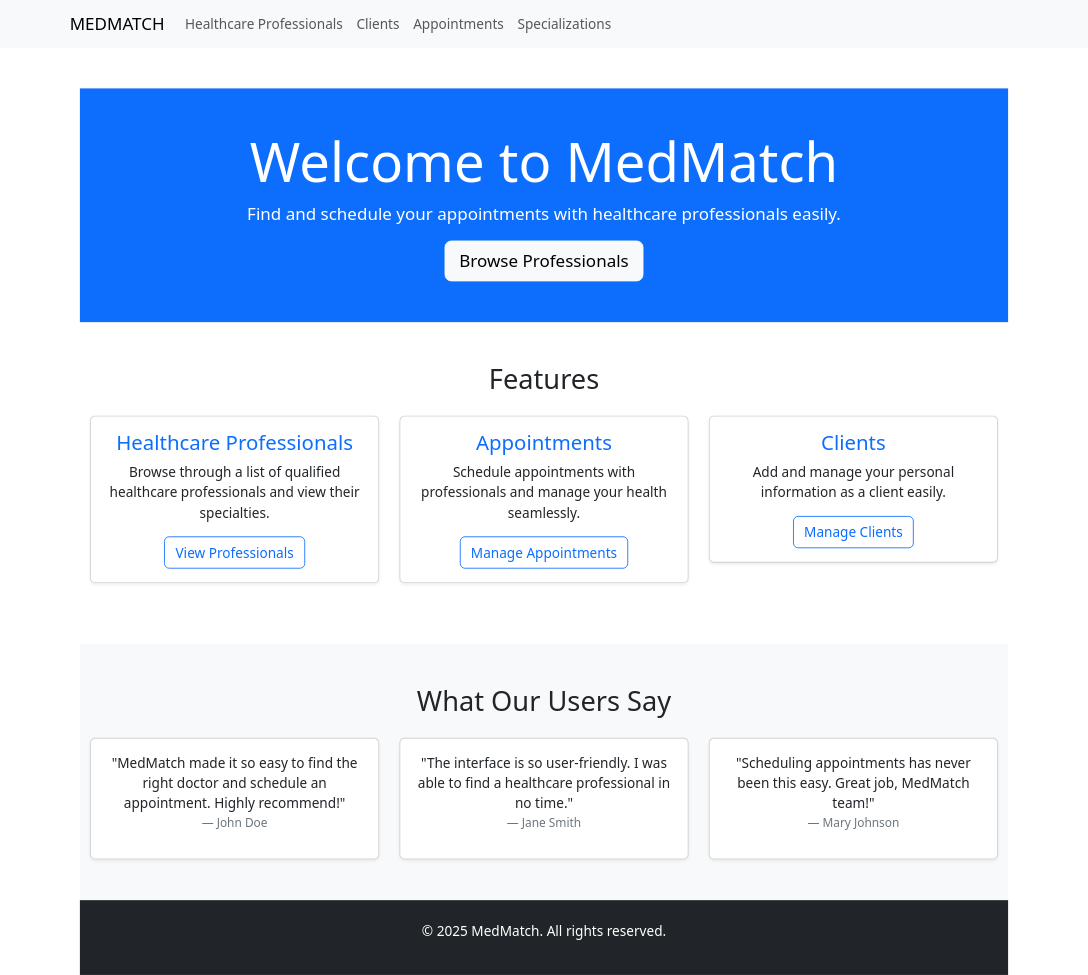
Repository: fahma20/medmatch-platform
Page: / (app in client/)
These files come from the project's save history. The page is drawn as it stood at one moment and after a run of saves; the edit follows.
The browser window is 1280 px wide. The pictures show the whole page, at 85% of full size.
The project was rebuilt for these pictures with package versions that can differ from the ones it lists, and the page was loaded fresh each time. Also part of the build but not shown: client/src/components/Healthcareprofessionals.js, client/src/components/Specializations.js, client/src/components/Appointments.js, client/src/components/Clients.js.

Above is the page before, as saved 2025-01-31 08:55:05.

### client/src/index.js
import React from "react";
import ReactDOM from "react-dom";
import App from './components/App';  // Correct path to the App component


ReactDOM.render(
  <React.StrictMode>
    <App />
  </React.StrictMode>,
  document.getElementById("root")
);

### client/src/components/App.js
import React from 'react';
import { BrowserRouter as Router, Routes, Route } from 'react-router-dom';
import 'bootstrap/dist/css/bootstrap.min.css';

import HealthcareProfessionals from './Healthcareprofessionals'; // Ensure the correct name and casing
import Specializations from './Specializations';
import Appointments from './Appointments';
import Clients from './Clients';
import Navbar from './Navbar';
import HomePage from './Homepage'; // Corrected import to HomePage

const App = () => {
  return (
    <Router>
      <Navbar /> {/* Your Navbar component */}
      <div className="container mt-5">
        <Routes>
          {/* Add HomePage as the route for the root path */}
          <Route path="/" element={<HomePage />} /> {/* Home Page */}
          <Route path="/clients" element={<Clients />} />
          <Route path="/appointments" element={<Appointments />} />
          <Route path="/specializations" element={<Specializations />} />
          <Route path="/healthcare-professionals" element={<HealthcareProfessionals />} /> {/* Healthcare Professionals Page */}
        </Routes>
      </div>
    </Router>
  );
};

export default App;

### client/src/components/Navbar.js
/*import React from 'react';
import { Link } from 'react-router-dom';

const Navbar = () => {
  return (
    <nav className="navbar navbar-expand-lg navbar-light bg-light">
      <a className="navbar-brand" href="/">MedMatch</a>
      <div className="collapse navbar-collapse">
        <ul className="navbar-nav ml-auto">
          <li className="nav-item">
            <Link className="nav-link" to="/">Healthcare Professionals</Link>
          </li>
          <li className="nav-item">
            <Link className="nav-link" to="/clients">Clients</Link>
          </li>
          <li className="nav-item">
            <Link className="nav-link" to="/appointments">Appointments</Link>
          </li>
        </ul>
      </div>
    </nav>
  );
};

export default Navbar;
*/

// Navbar.js
import React from 'react';
import { Link } from 'react-router-dom';

const Navbar = () => {
  return (
    <nav className="navbar navbar-expand-lg navbar-light bg-light">
      <div className="container">
        <Link className="navbar-brand" to="/">MEDMATCH</Link>
        <button
          className="navbar-toggler"
          type="button"
          data-bs-toggle="collapse"
          data-bs-target="#navbarNav"
          aria-controls="navbarNav"
          aria-expanded="false"
          aria-label="Toggle navigation"
        >
          <span className="navbar-toggler-icon"></span>
        </button>
        <div className="collapse navbar-collapse" id="navbarNav">
          <ul className="navbar-nav">
            <li className="nav-item">
              <Link className="nav-link" to="/healthcare-professionals">Healthcare Professionals</Link>
            </li>
            <li className="nav-item">
              <Link className="nav-link" to="/clients">Clients</Link>
            </li>
            <li className="nav-item">
              <Link className="nav-link" to="/appointments">Appointments</Link>
            </li>
            <li className="nav-item">
              <Link className="nav-link" to="/specializations">Specializations</Link>
            </li>
          </ul>
        </div>
      </div>
    </nav>
  );
};

export default Navbar;

### client/src/components/Homepage.js
import React from 'react';
import { Link } from 'react-router-dom';
import 'bootstrap/dist/css/bootstrap.min.css';

const HomePage = () => {
  return (
    <div className="container-fluid">
      {/* Hero Section */}
      <section className="hero bg-primary text-white py-5">
        <div className="container text-center">
          <h1 className="display-3 font-weight-bold">Welcome to MedMatch</h1>
          <p className="lead">Find and schedule your appointments with healthcare professionals easily.</p>
          <Link to="/healthcare-professionals" className="btn btn-light btn-lg">Browse Professionals</Link>
        </div>
      </section>

      {/* Features Section */}
      <section className="features py-5">
        <div className="container text-center">
          <h2 className="font-weight-bold mb-4">Features</h2>
          <div className="row">
            {/* Healthcare Professionals Feature */}
            <div className="col-lg-4 mb-4">
              <div className="card shadow-sm">
                <div className="card-body">
                  <h4 className="card-title text-primary">Healthcare Professionals</h4>
                  <p className="card-text">Browse through a list of qualified healthcare professionals and view their specialties.</p>
                  <Link to="/healthcare-professionals" className="btn btn-outline-primary">View Professionals</Link>
                </div>
              </div>
            </div>

            {/* Appointments Feature */}
            <div className="col-lg-4 mb-4">
              <div className="card shadow-sm">
                <div className="card-body">
                  <h4 className="card-title text-primary">Appointments</h4>
                  <p className="card-text">Schedule appointments with professionals and manage your health seamlessly.</p>
                  <Link to="/appointments" className="btn btn-outline-primary">Manage Appointments</Link>
                </div>
              </div>
            </div>

            {/* Clients Feature */}
            <div className="col-lg-4 mb-4">
              <div className="card shadow-sm">
                <div className="card-body">
                  <h4 className="card-title text-primary">Clients</h4>
                  <p className="card-text">Add and manage your personal information as a client easily.</p>
                  <Link to="/clients" className="btn btn-outline-primary">Manage Clients</Link>
                </div>
              </div>
            </div>
          </div>
        </div>
      </section>

      {/* Testimonials Section */}
      <section className="testimonials bg-light py-5">
        <div className="container text-center">
          <h2 className="font-weight-bold mb-4">What Our Users Say</h2>
          <div className="row">
            <div className="col-md-4">
              <div className="card shadow-sm">
                <div className="card-body">
                  <p className="card-text">"MedMatch made it so easy to find the right doctor and schedule an appointment. Highly recommend!"</p>
                  <footer className="blockquote-footer">John Doe</footer>
                </div>
              </div>
            </div>
            <div className="col-md-4">
              <div className="card shadow-sm">
                <div className="card-body">
                  <p className="card-text">"The interface is so user-friendly. I was able to find a healthcare professional in no time."</p>
                  <footer className="blockquote-footer">Jane Smith</footer>
                </div>
              </div>
            </div>
            <div className="col-md-4">
              <div className="card shadow-sm">
                <div className="card-body">
                  <p className="card-text">"Scheduling appointments has never been this easy. Great job, MedMatch team!"</p>
                  <footer className="blockquote-footer">Mary Johnson</footer>
                </div>
              </div>
            </div>
          </div>
        </div>
      </section>

      {/* Footer Section */}
      <footer className="bg-dark text-white py-4">
        <div className="container text-center">
          <p>&copy; 2025 MedMatch. All rights reserved.</p>
        </div>
      </footer>
    </div>
  );
};

export default HomePage;

Loaded but not shown: client/public/index.html (common file)

After the next 2 saves:
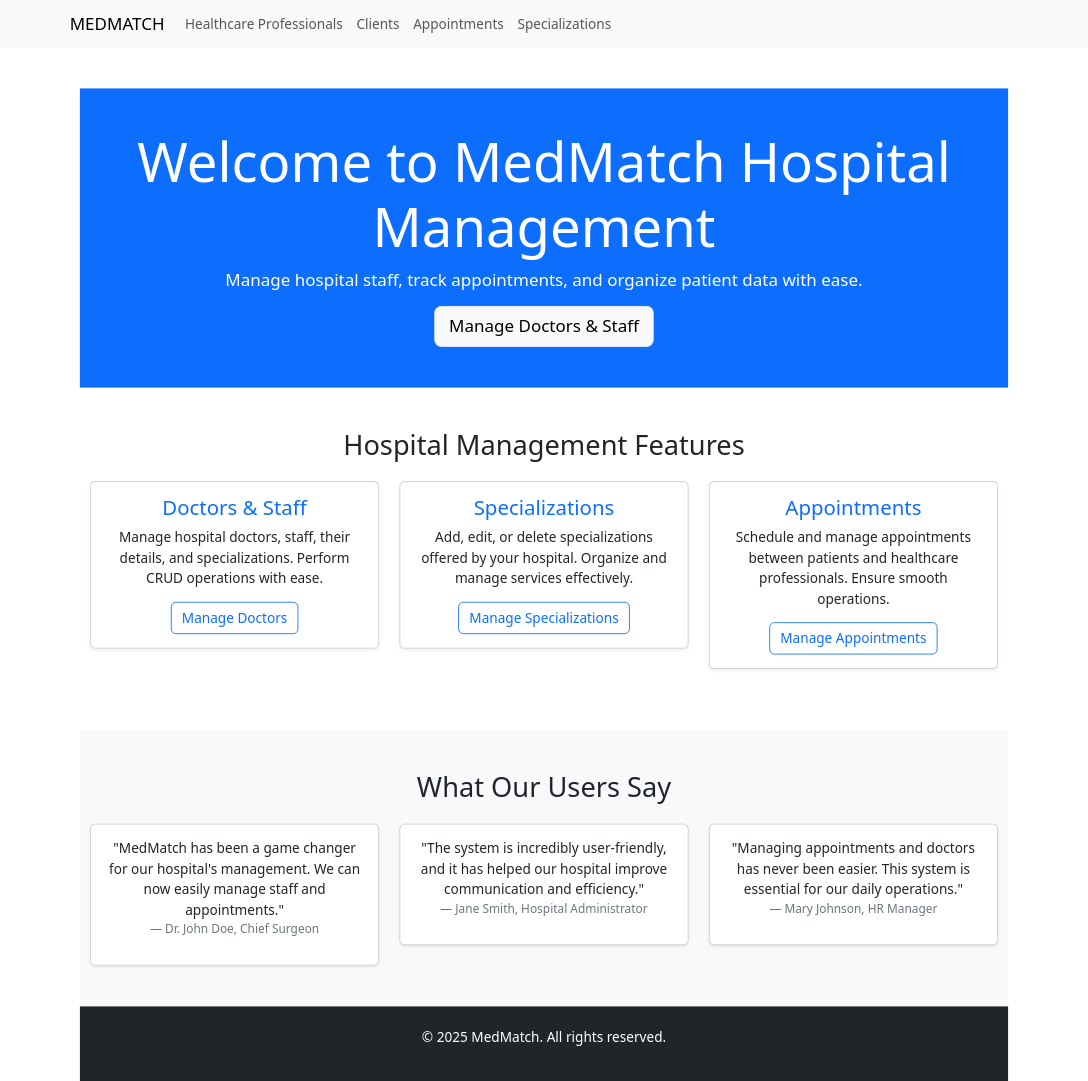
The 2 saves are shown as one change because they came seconds apart.
The last was saved 2 min 23 s later.
--- a/client/src/components/Homepage.js
+++ b/client/src/components/Homepage.js
@@ -8,46 +8,46 @@ const HomePage = () => {
       {/* Hero Section */}
       <section className="hero bg-primary text-white py-5">
         <div className="container text-center">
-          <h1 className="display-3 font-weight-bold">Welcome to MedMatch</h1>
-          <p className="lead">Find and schedule your appointments with healthcare professionals easily.</p>
-          <Link to="/healthcare-professionals" className="btn btn-light btn-lg">Browse Professionals</Link>
+          <h1 className="display-3 font-weight-bold">Welcome to MedMatch Hospital Management</h1>
+          <p className="lead">Manage hospital staff, track appointments, and organize patient data with ease.</p>
+          <Link to="/healthcare-professionals" className="btn btn-light btn-lg">Manage Doctors & Staff</Link>
         </div>
       </section>
 
       {/* Features Section */}
       <section className="features py-5">
         <div className="container text-center">
-          <h2 className="font-weight-bold mb-4">Features</h2>
+          <h2 className="font-weight-bold mb-4">Hospital Management Features</h2>
           <div className="row">
-            {/* Healthcare Professionals Feature */}
+            {/* Doctors & Staff Management */}
             <div className="col-lg-4 mb-4">
               <div className="card shadow-sm">
                 <div className="card-body">
-                  <h4 className="card-title text-primary">Healthcare Professionals</h4>
-                  <p className="card-text">Browse through a list of qualified healthcare professionals and view their specialties.</p>
-                  <Link to="/healthcare-professionals" className="btn btn-outline-primary">View Professionals</Link>
+                  <h4 className="card-title text-primary">Doctors & Staff</h4>
+                  <p className="card-text">Manage hospital doctors, staff, their details, and specializations. Perform CRUD operations with ease.</p>
+                  <Link to="/healthcare-professionals" className="btn btn-outline-primary">Manage Doctors</Link>
                 </div>
               </div>
             </div>
 
-            {/* Appointments Feature */}
+            {/* Specializations Management */}
+            <div className="col-lg-4 mb-4">
+              <div className="card shadow-sm">
+                <div className="card-body">
+                  <h4 className="card-title text-primary">Specializations</h4>
+                  <p className="card-text">Add, edit, or delete specializations offered by your hospital. Organize and manage services effectively.</p>
+                  <Link to="/specializations" className="btn btn-outline-primary">Manage Specializations</Link>
+                </div>
+              </div>
+            </div>
+
+            {/* Appointments Management */}
             <div className="col-lg-4 mb-4">
               <div className="card shadow-sm">
                 <div className="card-body">
                   <h4 className="card-title text-primary">Appointments</h4>
-                  <p className="card-text">Schedule appointments with professionals and manage your health seamlessly.</p>
+                  <p className="card-text">Schedule and manage appointments between patients and healthcare professionals. Ensure smooth operations.</p>
                   <Link to="/appointments" className="btn btn-outline-primary">Manage Appointments</Link>
-                </div>
-              </div>
-            </div>
-
-            {/* Clients Feature */}
-            <div className="col-lg-4 mb-4">
-              <div className="card shadow-sm">
-                <div className="card-body">
-                  <h4 className="card-title text-primary">Clients</h4>
-                  <p className="card-text">Add and manage your personal information as a client easily.</p>
-                  <Link to="/clients" className="btn btn-outline-primary">Manage Clients</Link>
                 </div>
               </div>
             </div>
@@ -63,24 +63,24 @@ const HomePage = () => {
             <div className="col-md-4">
               <div className="card shadow-sm">
                 <div className="card-body">
-                  <p className="card-text">"MedMatch made it so easy to find the right doctor and schedule an appointment. Highly recommend!"</p>
-                  <footer className="blockquote-footer">John Doe</footer>
+                  <p className="card-text">"MedMatch has been a game changer for our hospital's management. We can now easily manage staff and appointments."</p>
+                  <footer className="blockquote-footer">Dr. John Doe, Chief Surgeon</footer>
                 </div>
               </div>
             </div>
             <div className="col-md-4">
               <div className="card shadow-sm">
                 <div className="card-body">
-                  <p className="card-text">"The interface is so user-friendly. I was able to find a healthcare professional in no time."</p>
-                  <footer className="blockquote-footer">Jane Smith</footer>
+                  <p className="card-text">"The system is incredibly user-friendly, and it has helped our hospital improve communication and efficiency."</p>
+                  <footer className="blockquote-footer">Jane Smith, Hospital Administrator</footer>
                 </div>
               </div>
             </div>
             <div className="col-md-4">
               <div className="card shadow-sm">
                 <div className="card-body">
-                  <p className="card-text">"Scheduling appointments has never been this easy. Great job, MedMatch team!"</p>
-                  <footer className="blockquote-footer">Mary Johnson</footer>
+                  <p className="card-text">"Managing appointments and doctors has never been easier. This system is essential for our daily operations."</p>
+                  <footer className="blockquote-footer">Mary Johnson, HR Manager</footer>
                 </div>
               </div>
             </div>
